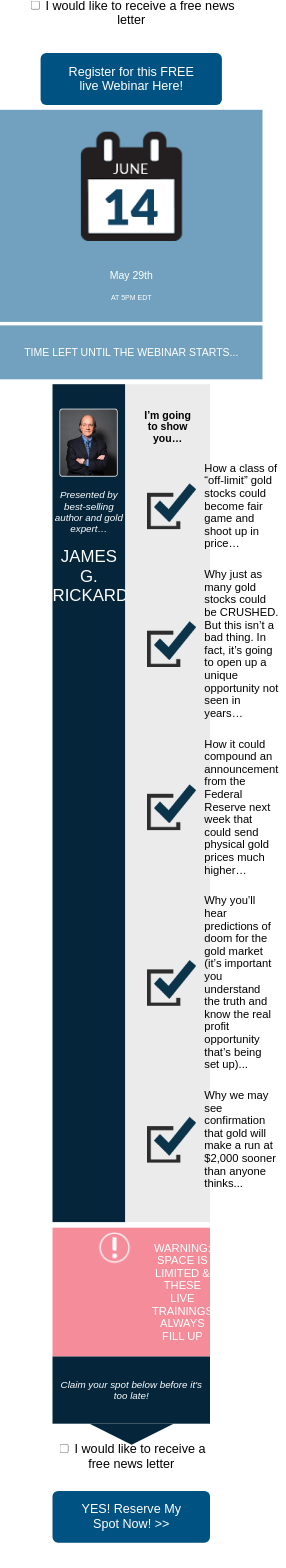
Repository: KrystellBarraza/Test
Page: index.html
An editor plug-in stored every save of this project. The page is shown before and after the next save, followed by the edit.
The browser window is 375 px wide. The page is 409 px wide, so the pictures cover 409 px, including what lies to the right of the window. The pictures show the part of the page from y = 517 to 2757 px (the page is 2757 px tall before and 2752 px after), at 70% of full size.

Above is the page before, as saved 2019-10-07 10:51:08.

After the next save:
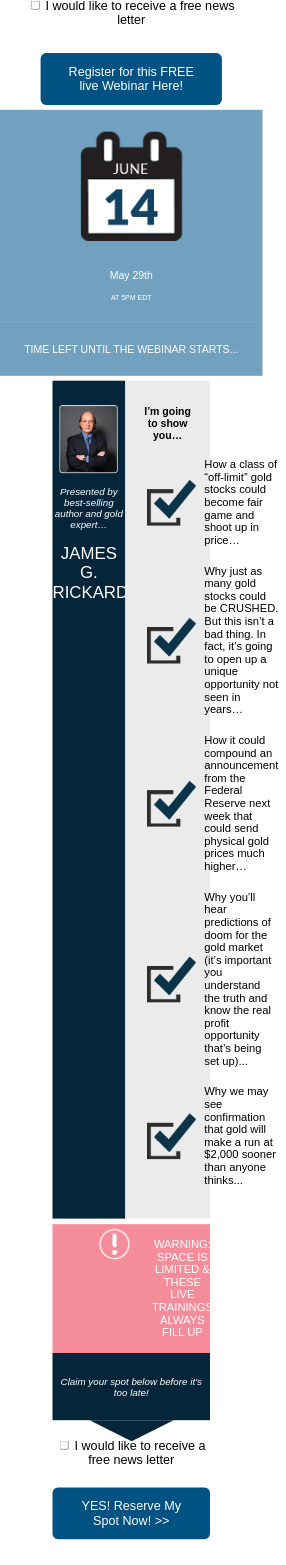
Saved 31 s later.
--- a/style.css
+++ b/style.css
@@ -154,7 +154,7 @@
         display: grid;
         grid-template-columns: repeat(12, 1fr);
         grid-template-rows: auto 1fr 1fr;
-        grid-gap: 5px;
+        grid-gap: 0px;
         grid-column-gap: 20px;
         padding-left: 0%;
         padding-right: 0%;

After the 2 saves that followed:
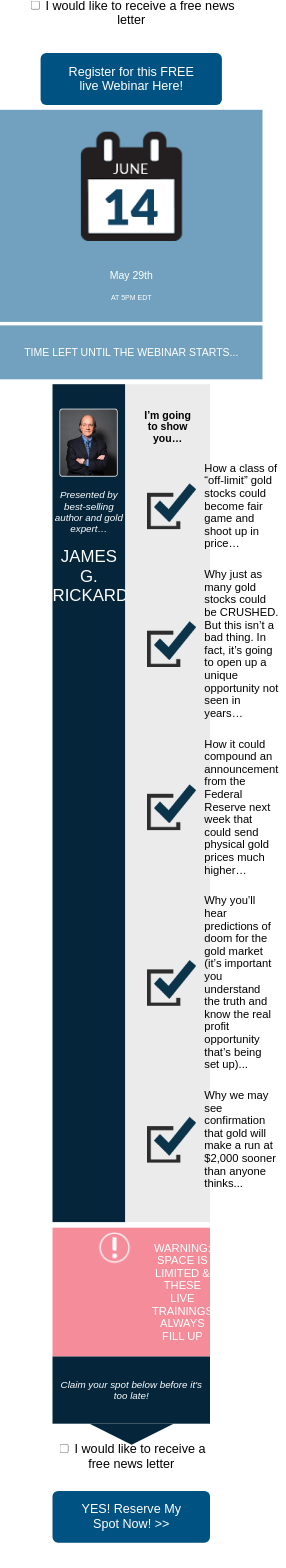
The 2 saves are shown as one change because 1 left the picture as it was.
The last was saved 26 s later.
--- a/style.css
+++ b/style.css
@@ -154,7 +154,7 @@
         display: grid;
         grid-template-columns: repeat(12, 1fr);
         grid-template-rows: auto 1fr 1fr;
-        grid-gap: 0px;
+        grid-gap: -1;
         grid-column-gap: 20px;
         padding-left: 0%;
         padding-right: 0%;
